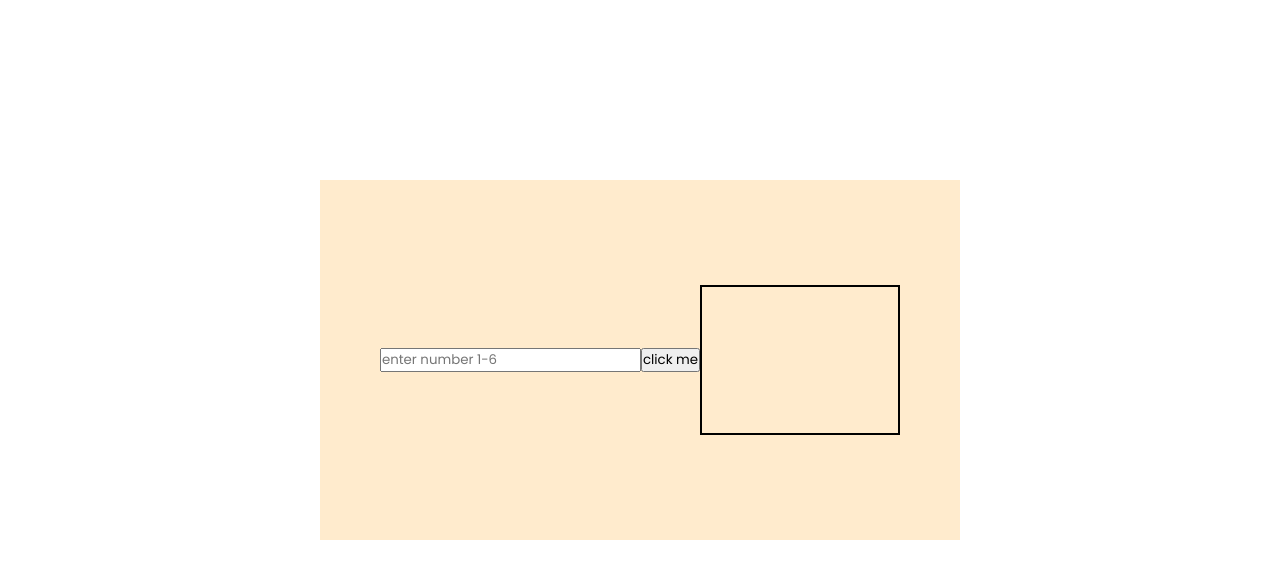
Repository: Seryozha02/Guessing-Game
Page: promise.html
These files come from the project's save history. The page is drawn as it stood at one moment and after the next save; the edit follows.
The browser window is 1280 px wide. The pictures show the whole page.

Above is the page before, as saved 2022-02-21 23:23:22.

### promise.html
<!DOCTYPE html>
<html lang="en">
<head>
    <meta charset="UTF-8">
    <meta http-equiv="X-UA-Compatible" content="IE=edge">
    <meta name="viewport" content="width=device-width, initial-scale=1.0">
    <link rel="stylesheet" href="./promise.css">
    <title>Document</title>
</head>
<body>
    <div class="body">
        <div class="conteiner">
            <div class="main">
                <input type="number" id="value" placeholder="enter number 1-6">
                <button class="btn" id="button">click me</button>
                <div class="table" id="show-text">
                    <p class="p1"></p>
                    <p class="p2"></p>
                </div>
                <p class="sum"></p>
            </div>
        </div>
    </div>

<source src="./promise.js" type="">
</body>
</html>

### promise.css
@import url('https://fonts.googleapis.com/css2?family=Poppins:wght@200;300;400;500;600;700&display=swap');
* {
    margin: 0;
    padding: 0;
    box-sizing: border-box;
    font-family: 'Poppins', sans-serif;
}

.body {
    background-color: ;
    position: absolute;
    width: 100%;
    height: 100%;
    display: flex;
    align-items: center;
    justify-content: center;
}

.conteiner {
    background-color: blanchedalmond;
    position: relative;
    width: 50%;
    height: 50%;
    display: flex;
    align-items: center;
    justify-content: center;
}

.main {
    display: contents;
    flex-direction: row;
}


/* .btn {

} */

.table {
    border: 2px solid black;
    width: 200px;
    height: 150px;
}

After the next save:
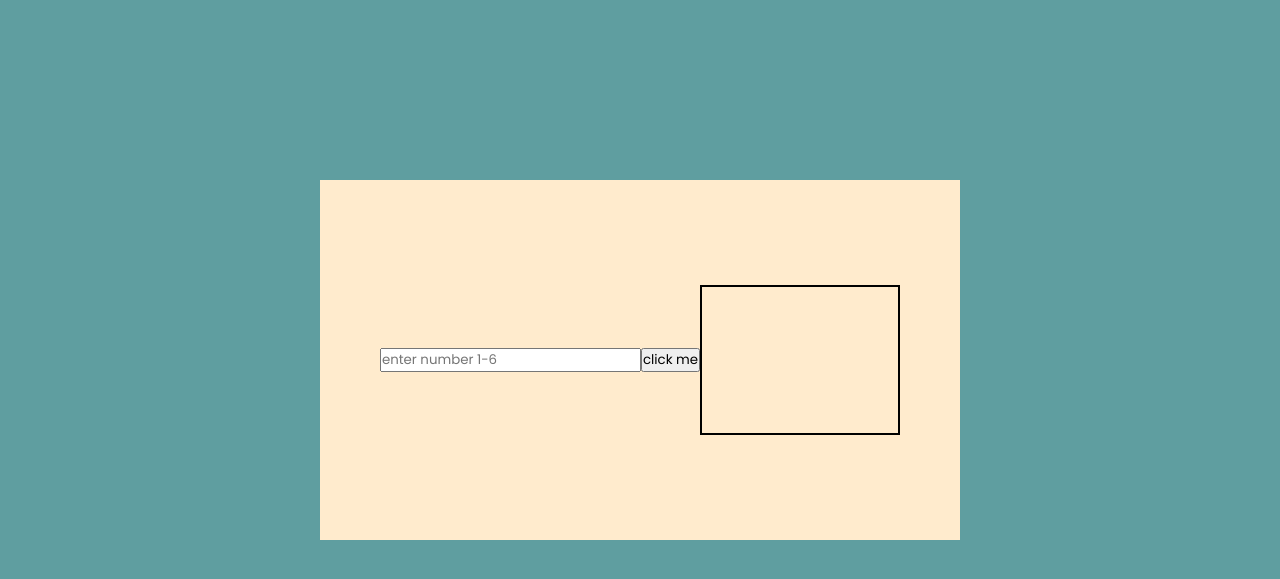
Saved 7 s later.
--- a/promise.css
+++ b/promise.css
@@ -7,7 +7,7 @@
 }
 
 .body {
-    background-color: ;
+    background-color:cadetblue ;
     position: absolute;
     width: 100%;
     height: 100%;
